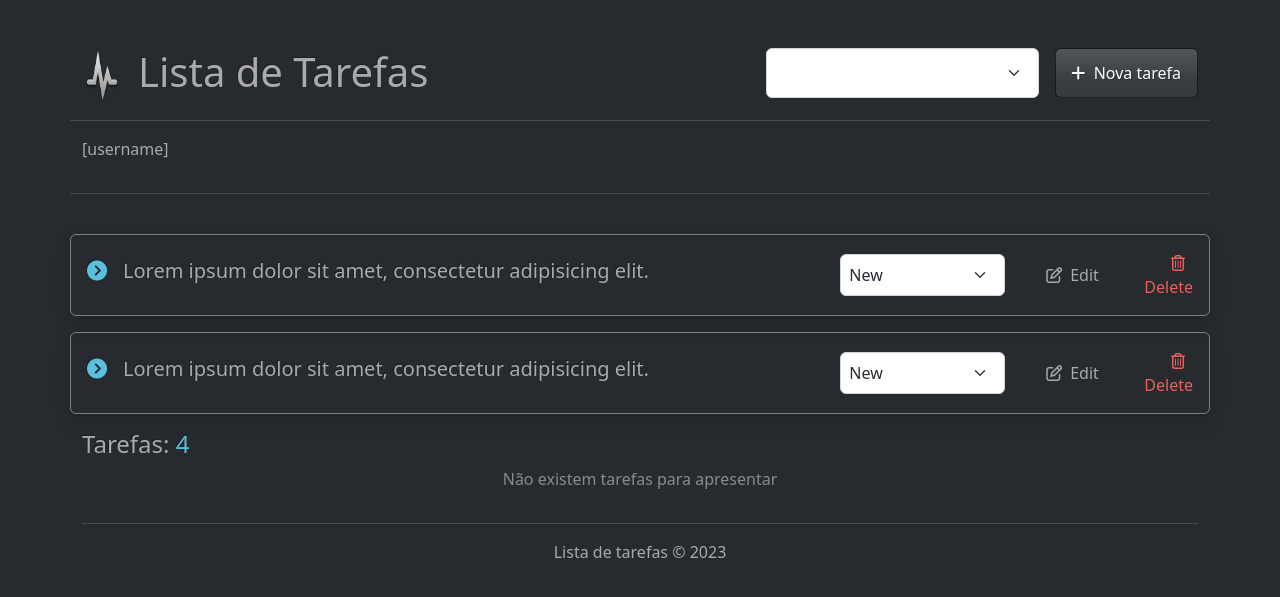
Repository: cargugati/lista_tarefas
Page: frontEnd/index.html
The author's editor kept a copy of each file at every save. The page is drawn from the files as they stood at one save, then again after the next save.
The browser window is 1280 px wide. The pictures show the whole page.

Above is the page before, as saved 2023-04-01 20:29:55.

After the next save:
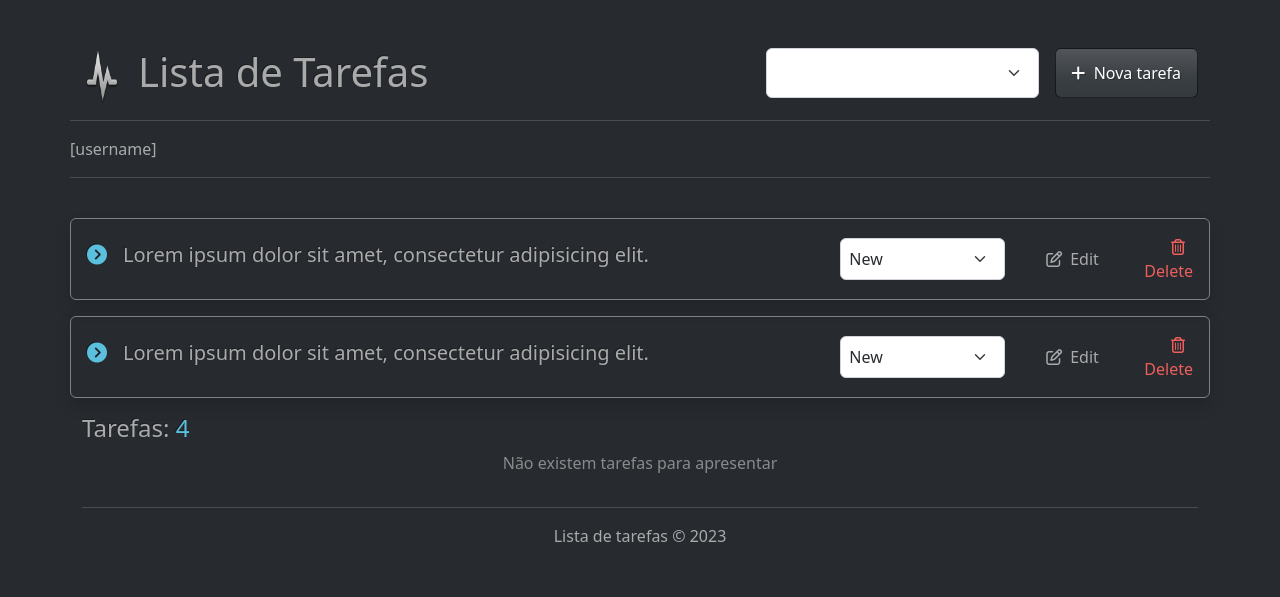
Saved 40 s later.
--- a/frontEnd/index.html
+++ b/frontEnd/index.html
@@ -33,7 +33,7 @@
         </div>
       </div>
       <hr class="my-3">
-      <p id="username">[username]</p>
+      <p class="m-0 p-0" id="username">[username]</p>
       <hr class="my-3">
     </div>
 
